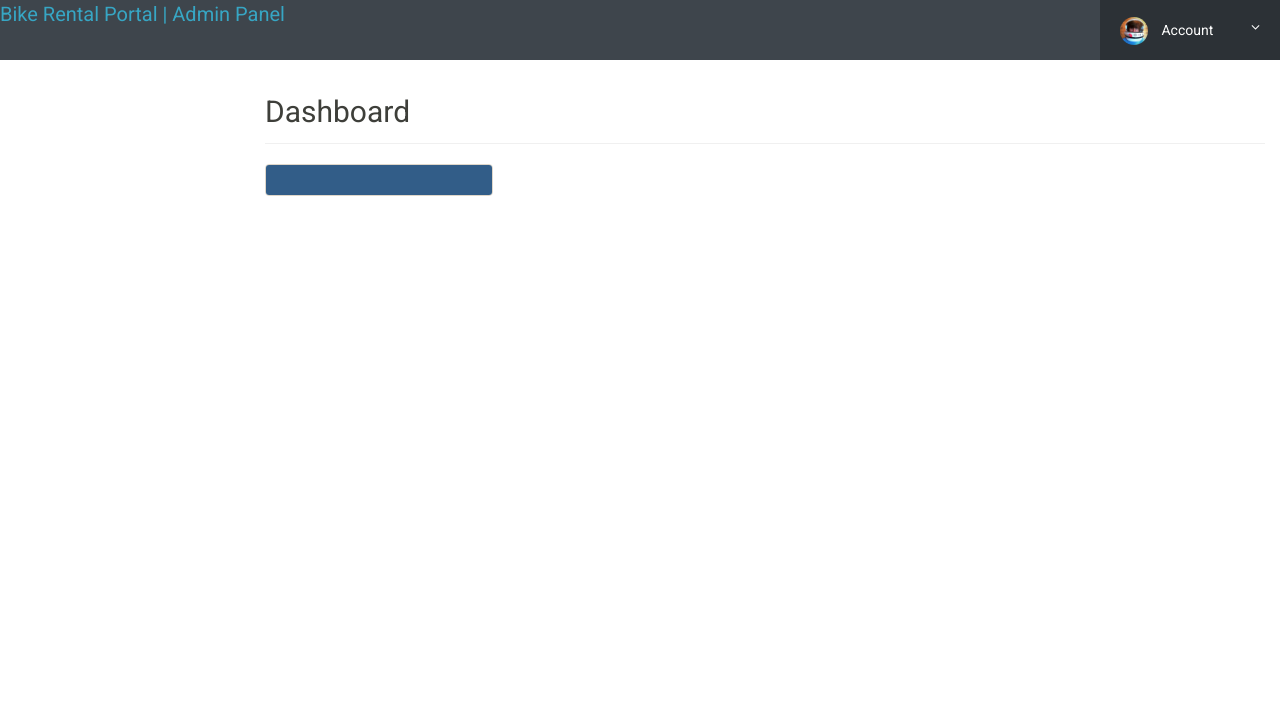
Repository: Het95/Bike-Rental-JSP
Page: http://localhost/AJOep/admin/dashboard.jsp
An editor plug-in stored every save of this project. The page is shown before and after the next save, followed by the edit.
The browser window is 1280 px wide. The pictures show the whole page.
The page is served by Tomcat 9. Other server files are loaded and not shown.

Above is the page before, as saved 2020-06-01 08:35:40.

### AJOep/WebContent/admin/dashboard.jsp
<%@ page language="java" contentType="text/html; charset=ISO-8859-1"
    pageEncoding="ISO-8859-1"%>
       <%@ taglib uri="http://java.sun.com/jsp/jstl/sql" prefix="sql" %>
    <%@ taglib uri="http://java.sun.com/jsp/jstl/core" prefix="c" %>
<!DOCTYPE html>
<html>
<head>
<meta charset="ISO-8859-1">
	<title>Bike Rental Portal | Admin Dashboard</title>

	<!-- Font awesome -->
	<link rel="stylesheet" href="css/font-awesome.min.css">
	<!-- Sandstone Bootstrap CSS -->
	<link rel="stylesheet" href="css/bootstrap.min.css">
	<!-- Bootstrap Datatables -->
	<link rel="stylesheet" href="css/dataTables.bootstrap.min.css">
	<!-- Bootstrap social button library -->
	<link rel="stylesheet" href="css/bootstrap-social.css">
	<!-- Bootstrap select -->
	<link rel="stylesheet" href="css/bootstrap-select.css">
	<!-- Bootstrap file input -->
	<link rel="stylesheet" href="css/fileinput.min.css">
	<!-- Awesome Bootstrap checkbox -->
	<link rel="stylesheet" href="css/awesome-bootstrap-checkbox.css">
	<!-- Admin Stye -->
	<link rel="stylesheet" href="css/style.css"></head>
<body>

	<div class="brand clearfix">
	<a href="dashboard.jsp" style="font-size: 20px;">Bike Rental Portal | Admin Panel</a>
		<span class="menu-btn"><i class="fa fa-bars"></i></span>
		<ul class="ts-profile-nav">

			<li class="ts-account">
				<a href="#"><img src="img/ts-avatar.jpg" class="ts-avatar hidden-side" alt=""> Account <i class="fa fa-angle-down hidden-side"></i></a>
				<ul>
					<li><a href="change-password.jsp">Change Password</a></li>
					<li><a href="logout.jsp">Logout</a></li>
				</ul>
			</li>
		</ul>
	</div>
	<div class="ts-main-content">
			<div class="content-wrapper">
			<div class="container-fluid">

				<div class="row">
					<div class="col-md-12">

						<h2 class="page-title">Dashboard</h2>

						<div class="row">
							<div class="col-md-12">
								<div class="row">
									<div class="col-md-3">
										<div class="panel panel-default">
											<div class="panel-body bk-primary text-light">
												<div class="stat-panel text-center">

												</div>
											</div>
										</div>
									</div>
								</div>
							</div>
						</div>

</div>
</div>
</div>
</div>
</div>

	<!-- Loading Scripts -->
	<script src="js/jquery.min.js"></script>
	<script src="js/bootstrap-select.min.js"></script>
	<script src="js/bootstrap.min.js"></script>
	<script src="js/jquery.dataTables.min.js"></script>
	<script src="js/dataTables.bootstrap.min.js"></script>
	<script src="js/Chart.min.js"></script>
	<script src="js/fileinput.js"></script>
	<script src="js/chartData.js"></script>
	<script src="js/main.js"></script>

</body>
</html>

### AJOep/WebContent/admin/css/awesome-bootstrap-checkbox.css
.checkbox {
  padding-left: 20px;
}
.checkbox label {
  display: inline-block;
  vertical-align: middle;
  position: relative;
  padding-left: 5px;
}
.checkbox label::before {
  content: "";
  display: inline-block;
  position: absolute;
  width: 17px;
  height: 17px;
  left: 0;
  margin-left: -20px;
  border: 1px solid #cccccc;
  border-radius: 3px;
  background-color: #fff;
  -webkit-transition: border 0.15s ease-in-out, color 0.15s ease-in-out;
  -o-transition: border 0.15s ease-in-out, color 0.15s ease-in-out;
  transition: border 0.15s ease-in-out, color 0.15s ease-in-out;
}
.checkbox label::after {
  display: inline-block;
  position: absolute;
  width: 16px;
  height: 16px;
  left: 0;
  top: 0;
  margin-left: -20px;
  padding-left: 3px;
  padding-top: 1px;
  font-size: 11px;
  color: #555555;
}
.checkbox input[type="checkbox"],
.checkbox input[type="radio"] {
  opacity: 0;
  z-index: 1;
}
.checkbox input[type="checkbox"]:focus + label::before,
.checkbox input[type="radio"]:focus + label::before {
  outline: thin dotted;
  outline: 5px auto -webkit-focus-ring-color;
  outline-offset: -2px;
}
.checkbox input[type="checkbox"]:checked + label::after,
.checkbox input[type="radio"]:checked + label::after {
  font-family: "FontAwesome";
  content: "\f00c";
}
.checkbox input[type="checkbox"]:disabled + label,
.checkbox input[type="radio"]:disabled + label {
  opacity: 0.65;
}
.checkbox input[type="checkbox"]:disabled + label::before,
.checkbox input[type="radio"]:disabled + label::before {
  background-color: #eeeeee;
  cursor: not-allowed;
}
.checkbox.checkbox-circle label::before {
  border-radius: 50%;
}
.checkbox.checkbox-inline {
  margin-top: 0;
}

.checkbox-primary input[type="checkbox"]:checked + label::before,
.checkbox-primary input[type="radio"]:checked + label::before {
  background-color: #337ab7;
  border-color: #337ab7;
}
.checkbox-primary input[type="checkbox"]:checked + label::after,
.checkbox-primary input[type="radio"]:checked + label::after {
  color: #fff;
}

.checkbox-danger input[type="checkbox"]:checked + label::before,
.checkbox-danger input[type="radio"]:checked + label::before {
  background-color: #d9534f;
  border-color: #d9534f;
}
.checkbox-danger input[type="checkbox"]:checked + label::after,
.checkbox-danger input[type="radio"]:checked + label::after {
  color: #fff;
}

.checkbox-info input[type="checkbox"]:checked + label::before,
.checkbox-info input[type="radio"]:checked + label::before {
  background-color: #5bc0de;
  border-color: #5bc0de;
}
.checkbox-info input[type="checkbox"]:checked + label::after,
.checkbox-info input[type="radio"]:checked + label::after {
  color: #fff;
}

.checkbox-warning input[type="checkbox"]:checked + label::before,
.checkbox-warning input[type="radio"]:checked + label::before {
  background-color: #f0ad4e;
  border-color: #f0ad4e;
}
.checkbox-warning input[type="checkbox"]:checked + label::after,
.checkbox-warning input[type="radio"]:checked + label::after {
  color: #fff;
}

.checkbox-success input[type="checkbox"]:checked + label::before,
.checkbox-success input[type="radio"]:checked + label::before {
  background-color: #5cb85c;
  border-color: #5cb85c;
}
.checkbox-success input[type="checkbox"]:checked + label::after,
.checkbox-success input[type="radio"]:checked + label::after {
  color: #fff;
}

.radio {
  padding-left: 20px;
}
.radio label {
  display: inline-block;
  vertical-align: middle;
  position: relative;
  padding-left: 5px;
}
.radio label::before {
  content: "";
  display: inline-block;
  position: absolute;
  width: 17px;
  height: 17px;
  left: 0;
  margin-left: -20px;
  border: 1px solid #cccccc;
  border-radius: 50%;
  background-color: #fff;
  -webkit-transition: border 0.15s ease-in-out;
  -o-transition: border 0.15s ease-in-out;
  transition: border 0.15s ease-in-out;
}
.radio label::after {
  display: inline-block;
  position: absolute;
  content: " ";
  width: 11px;
  height: 11px;
  left: 3px;
  top: 3px;
  margin-left: -20px;
  border-radius: 50%;
  background-color: #555555;
  -webkit-transform: scale(0, 0);
  -ms-transform: scale(0, 0);
  -o-transform: scale(0, 0);
  transform: scale(0, 0);
  -webkit-transition: -webkit-transform 0.1s cubic-bezier(0.8, -0.33, 0.2, 1.33);
  -moz-transition: -moz-transform 0.1s cubic-bezier(0.8, -0.33, 0.2, 1.33);
  -o-transition: -o-transform 0.1s cubic-bezier(0.8, -0.33, 0.2, 1.33);
  transition: transform 0.1s cubic-bezier(0.8, -0.33, 0.2, 1.33);
}
.radio input[type="radio"] {
  opacity: 0;
  z-index: 1;
}
.radio input[type="radio"]:focus + label::before {
  outline: thin dotted;
  outline: 5px auto -webkit-focus-ring-color;
  outline-offset: -2px;
}
.radio input[type="radio"]:checked + label::after {
  -webkit-transform: scale(1, 1);
  -ms-transform: scale(1, 1);
  -o-transform: scale(1, 1);
  transform: scale(1, 1);
}
.radio input[type="radio"]:disabled + label {
  opacity: 0.65;
}
.radio input[type="radio"]:disabled + label::before {
  cursor: not-allowed;
}
.radio.radio-inline {
  margin-top: 0;
}

.radio-primary input[type="radio"] + label::after {
  background-color: #337ab7;
}
.radio-primary input[type="radio"]:checked + label::before {
  border-color: #337ab7;
}
.radio-primary input[type="radio"]:checked + label::after {
  background-color: #337ab7;
}

.radio-danger input[type="radio"] + label::after {
  background-color: #d9534f;
}
.radio-danger input[type="radio"]:checked + label::before {
  border-color: #d9534f;
}
.radio-danger input[type="radio"]:checked + label::after {
  background-color: #d9534f;
}

.radio-info input[type="radio"] + label::after {
  background-color: #5bc0de;
}
.radio-info input[type="radio"]:checked + label::before {
  border-color: #5bc0de;
}
.radio-info input[type="radio"]:checked + label::after {
  background-color: #5bc0de;
}

.radio-warning input[type="radio"] + label::after {
  background-color: #f0ad4e;
}
.radio-warning input[type="radio"]:checked + label::before {
  border-color: #f0ad4e;
}
.radio-warning input[type="radio"]:checked + label::after {
  background-color: #f0ad4e;
}

.radio-success input[type="radio"] + label::after {
  background-color: #5cb85c;
}
.radio-success input[type="radio"]:checked + label::before {
  border-color: #5cb85c;
}
.radio-success input[type="radio"]:checked + label::after {
  background-color: #5cb85c;
}

input[type="checkbox"].styled:checked + label:after,
input[type="radio"].styled:checked + label:after {
  font-family: 'FontAwesome';
  content: "\f00c";
}
input[type="checkbox"] .styled:checked + label::before,
input[type="radio"] .styled:checked + label::before {
  color: #fff;
}
input[type="checkbox"] .styled:checked + label::after,
input[type="radio"] .styled:checked + label::after {
  color: #fff;
}

### AJOep/WebContent/admin/css/style.css
@import url(http://fonts.googleapis.com/css?family=Lato:300,400,700,900,100italic,300italic,400italic);
@import url(https://fonts.googleapis.com/css?family=Oswald:700,400,300);
/****************************
*   FOR RESPONSIVENESS      *
****************************/
::selection {
  background: #4f5362;
  /* WebKit/Blink Browsers */
  color: #fff;
}
::-moz-selection {
  background: #4f5362;
  /* Gecko Browsers */
  color: #fff;
}
html {
  font-size: 14px;
}
@media only screen and (min-width: 480px) {
  html {
    font-size: 17px;
  }
}
@media only screen and (min-width: 768px) {
  html {
    font-size: 14px;
  }
}
@media only screen and (min-width: 1024px) {
  p {
    font-size: 1em;
    margin-bottom: 1.8em;
  }
}
/****************************
*      BODY DEFAULTS        *
****************************/
body {
  font-size: 1em;
}
a {
  color: #37a6c4;
}
a:hover {
  text-decoration: none;
  color: #5db9d1;
}
/****************************
*      Buttons        *
****************************/
.btn {
  font-family: 'Oswald', sans-serif;
}
.btn i {
  position: relative;
  top: -2px;
}
.btn.text-left {
  text-align: left;
}
.btn-brand {
  background: #37a6c4;
  color: #fff;
}
.btn-brand:hover {
  color: #fff;
  background: #2c849c;
}
.btn-dark {
  background: #272727;
  color: #fff;
}
.btn-dark:hover {
  color: #fff;
  background: #2c849c;
}
.btn-red {
  background: #4f5362;
  color: #fff;
}
.btn-red:hover {
  color: #fff;
  background: #383b46;
}
.btn-alt {
  background: #f0f0f0;
  color: #222;
}
.btn-alt:hover {
  color: #fff;
  background: #2c849c;
}
/****************************
*      Background Colors        *
****************************/
.bk-primary {
  background: #325d88;
}
.bk-success {
  background: #93c54b;
}
.bk-warning {
  background: #f47c3c;
}
.bk-danger {
  background: #d9534f;
}
.bk-info {
  background: #29abe0;
}
.bk-white,
.bk-light {
  background: #fff;
}
.bk-brand {
  background: #37a6c4;
}
.bk-dark {
  background: #222;
}
.bk-blue {
  background: #0010ce;
}
.bk-alt {
  background: #f7f7f7;
}
.bk-ghost {
  background: transparent;
}
.bk-img {
  position: relative;
  width: 100%;
  background-position: center;
  background-repeat: no-repeat;
  background-size: cover;
  background-image: url(../../img/login-bg.jpg);
}
.bk-fixed {
  background-attachment: fixed;
}
.hr-green {
  height: 2px;
  background: #37a6c4;
}
.hr-grey {
  height: 2px;
  background: #f0f0f0;
}
.hr-dashed {
  background-color: transparent;
  border-top: 1px dotted #edf0f5;
  color: transparent;
  height: 1px;
  margin: 20px 0;
}
.panel {
  overflow: hidden;
}
/****************************
*      Border        *
****************************/
.brdr {
  border: 1px solid #f0f0f0;
}
/****************************
*      Text size color        *
****************************/
.font-one {
  font-family: 'Oswald', sans-serif;
}
.text-bold {
  font-weight: bold;
}
.text-normal {
  font-weight: normal;
}
.text-thin {
  font-weight: 100;
}
.text-lowercase {
  text-transform: none;
}
.text-sm {
  font-size: 13px;
}
.text-lg {
  font-size: 18px;
}
.text-xl {
  font-size: 1.6em;
}
.text-2x {
  font-size: 2em;
}
.text-3x {
  font-size: 2.4em;
}
.text-4x {
  font-size: 3em;
}
.text-white,
.text-light {
  color: #fff !important;
}
.link-white a {
  color: #fff;
}
.text-grey {
  color: #ccc;
}
.text-dgrey {
  color: #818181;
}
.text-brand {
  color: #37a6c4;
}
.text-yellow {
  color: #ffff00;
}
.title .line {
  display: inline-block;
  padding-bottom: 10px;
  border-bottom: 3px solid #222;
}
/****************************
*       Margins         *
****************************/
.mt {
  margin-top: 18px;
}
.mt-0x {
  margin-top: 0 !important;
}
.mt-2x {
  margin-top: 36px;
}
.mt-3x {
  margin-top: 54px;
}
.mt-4x {
  margin-top: 90px;
}
.mt-5x {
  margin-top: 144px;
}
.mb {
  margin-bottom: 18px;
}
.mb-0x {
  margin-bottom: 0 !important;
}
.mb-2x {
  margin-bottom: 36px;
}
.mb-3x {
  margin-bottom: 54px;
}
.mb-4x {
  margin-bottom: 90px;
}
.mb-5x {
  margin-bottom: 144px;
}
.pt {
  padding-top: 18px;
}
.pt-2x {
  padding-top: 36px;
}
.pt-3x {
  padding-top: 54px;
}
.pt-4x {
  padding-top: 90px;
}
.pt-5x {
  padding-top: 144px;
}
.pb {
  padding-bottom: 18px;
}
.pb-2x {
  padding-bottom: 36px;
}
.pb-3x {
  padding-bottom: 54px;
}
.pb-4x {
  padding-bottom: 90px;
}
.pb-5x {
  padding-bottom: 144px;
}
/* Content boxes */
.content-box {
  padding: 15px;
}
.block-anchor {
  display: block;
}
/****************************
*       Content Typography         *
****************************/
.content-format {
  line-height: 1.6em;
  font-weight: 400;
  letter-spacing: .01em;
  font-style: normal;
  word-wrap: break-word;
}
.content-format .h1,
.content-format .h2,
.content-format .h3,
.content-format .h4,
.content-format .h5,
.content-format .h6,
.content-format h1,
.content-format h2,
.content-format h3,
.content-format h4,
.content-format h5,
.content-format h6 {
  font-family: 'Oswald', sans-serif;
  font-weight: 700;
  font-weight: bold;
  font-style: normal;
  color: rgba(0, 0, 0, 0.8);
  margin-top: 40px;
}
.content-format .h1 a,
.content-format .h2 a,
.content-format .h3 a,
.content-format .h4 a,
.content-format .h5 a,
.content-format .h6 a,
.content-format h1 a,
.content-format h2 a,
.content-format h3 a,
.content-format h4 a,
.content-format h5 a,
.content-format h6 a {
  font-size: inherit;
}
.content-format .h2,
.content-format h2 {
  font-size: 3em;
  line-height: 1;
  margin-bottom: 10px;
  padding-bottom: 10px;
  border-bottom: 4px solid #f0f0f0;
}
.content-format .h3,
.content-format h3 {
  font-size: 2em;
  line-height: 1.2;
  margin-bottom: 4px;
  margin: 1em 0 0.5em;
}
.content-format .h4,
.content-format h4 {
  font-size: 1.7em;
  line-height: 1.4;
  margin-bottom: 6px;
}
.content-format .h5,
.content-format h5 {
  font-size: 1.5em;
  line-height: 1.4;
  margin-bottom: 8px;
}
.content-format .h6,
.content-format h6 {
  font-size: 1.3em;
  line-height: 1.4;
  margin-bottom: 10px;
}
.content-format strong {
  font-weight: bold;
}
.content-format ul:not(.social-awesome) {
  list-style: disc outside;
  margin: 1.714285714rem 0 1.714285714rem;
  line-height: 1.714285714;
}
.content-format ul:not(.social-awesome) li {
  margin: 0 0 0 36px;
  margin: 0 1rem 0 2.571428571rem;
}
.content-format ul:not(.social-awesome).list-unstyled {
  list-style: none;
}
.content-format ul:not(.social-awesome).list-unstyled li {
  margin: 0 0 0 24px;
}
.content-format em {
  font-style: italic;
}
.content-format p {
  margin-bottom: 1.8em;
}
.content-format figure {
  margin-bottom: 42px;
}
.content-format figure .caption {
  color: #999;
  font-size: 14px;
}
.content-format img {
  border: 0;
  height: auto;
  max-width: 100%;
  vertical-align: middle;
}
.content-format .fa {
  color: #37a6c4;
  margin-right: 10px;
}
.content-format blockquote {
  border-left: 4px solid #c3c3c3;
  border-left: 4px solid rgba(51, 51, 51, 0.17);
  color: #707070;
  color: rgba(51, 51, 51, 0.7);
  font-size: 1.2em;
  font-style: italic;
  line-height: 1.6667;
  margin-bottom: 1em;
  padding-left: 0.7778em;
}
.content-format blockquote.double-quote {
  border-left: none;
  padding-left: 1em;
}
.content-format pre {
  background: #fff;
  border: 1px solid #ededed;
  color: #666;
  font-family: Consolas, Monaco, Lucida Console, monospace;
  font-size: .9em;
  line-height: 1.714285714;
  margin: 24px 0;
  margin: 1.714285714rem 0;
  overflow: auto;
}
.content-format ol {
  margin: 24px 0 24px;
  margin: 1.714285714rem 0 1.714285714rem;
  line-height: 1.714285714;
  list-style: decimal outside;
}
.content-format img.wp-smiley,
.content-format img.emoji {
  display: inline !important;
  border: none !important;
  box-shadow: none !important;
  height: 1em !important;
  width: 1em !important;
  margin: 0 .07em !important;
  vertical-align: -0.1em !important;
  background: none !important;
  padding: 0 !important;
}
/*
 * Theme Struck - Harmony - Free responsive Bootstrap admin template by Themestruck.com (http://themestruck.com)
 * Code licensed under the MIT
 * For details, see #
 */
ul,
li {
  margin: 0;
  padding: 0;
  list-style: none;
}
/* Social Button Modifications */
.btn {
  text-transform: none;
}
.btn-social > :first-child {
  width: 42px;
  line-height: 46px;
}
.btn-social {
  padding-left: 58px;
}
/* Circle buttons */
.btn-circle {
  width: 30px;
  height: 30px;
  padding: 6px 0;
  border-radius: 15px;
  text-align: center;
  font-size: 12px;
  line-height: 1.428571429;
}
.btn-circle.btn-lg {
  width: 50px;
  height: 50px;
  padding: 10px 16px;
  border-radius: 25px;
  font-size: 18px;
  line-height: 1.33;
}
.btn-circle.btn-xl {
  width: 70px;
  height: 70px;
  padding: 10px 16px;
  border-radius: 35px;
  font-size: 24px;
  line-height: 1.33;
}
/* Chart design */
/* Charts */
.chart-dot-list {
  display: block;
  margin-top: 60px;
  margin-left: 20px;
}
.chart-dot-list li {
  margin-bottom: 4px;
}
.chart-dot-list li:before {
  content: '';
  height: 12px;
  width: 12px;
  margin-right: 6px;
  display: inline-block;
  background: #222;
  border-radius: 50%;
}
.chart-dot-list li.a1:before {
  background: #F7464A;
}
.chart-dot-list li.a2:before {
  background: #46BFBD;
}
.chart-dot-list li.a3:before {
  background: #FDB45C;
}
.chart-doughnut {
  padding: 41px 0;
}
/* component */
.page-title {
  padding-bottom: 15px;
  margin-bottom: 20px;
  border-bottom: 1px solid #f0f0f0;
}
.brand {
  background: #3e454c;
  position: relative;
  z-index: 3;
  position: fixed;
  width: 100%;
  top: 0;
}
.brand .logo {
  box-sizing: border-box;
  padding: 20px;
  float: left;
  display: block;
  width: 200px;
}
@media only screen and (min-width: 992px) {
  .brand .logo {
    width: 250px;
  }
}
.brand .logo img {
  height: 20px;
}
.brand .menu-btn {
  float: right;
  background: #232d3b;
  text-align: center;
  cursor: pointer;
  color: #fff;
  padding: 20px 20px;
}
@media only screen and (min-width: 992px) {
  .brand .menu-btn {
    display: none;
  }
}
.brand .ts-profile-nav {
  float: right;
  display: none;
}
.brand .ts-profile-nav li {
  float: left;
  position: relative;
}
.brand .ts-profile-nav li a {
  display: block;
  padding: 20px;
  color: #fff;
}
.brand .ts-profile-nav li ul {
  visibility: hidden;
  opacity: 0;
  right: 0;
  position: absolute;
}
.brand .ts-profile-nav li ul li {
  float: none;
  width: 180px;
}
.brand .ts-profile-nav li ul li a {
  padding: 10px 20px;
  background: #222;
}
.brand .ts-profile-nav .ts-account .fa-angle-down {
  float: right;
}
.brand .ts-profile-nav .ts-account > a {
  width: 180px;
  background: #2c3136;
}
.brand .ts-profile-nav .ts-account .ts-avatar {
  border-radius: 50%;
  height: 28px;
  margin: -10px 0;
  margin-right: 10px;
}
.brand .ts-profile-nav .ts-account:hover ul {
  visibility: visible;
  opacity: 1;
}
@media only screen and (min-width: 992px) {
  .brand .ts-profile-nav {
    display: block;
  }
}
.ts-sidebar::-webkit-scrollbar-track {
  background-color: transparent;
}
.ts-sidebar::-webkit-scrollbar {
  width: 5px;
  background-color: transparent;
}
.ts-sidebar::-webkit-scrollbar-thumb {
  background-color: #b4b4b4;
}
.ts-sidebar {
  background: #2c3136;
  max-height: 0;
  transition: max-height 0.3s;
  overflow: hidden;
  position: fixed;
  z-index: 2;
  width: 100%;
  bottom: 0;
  top: 60px;
  overflow-y: auto;
}
.ts-sidebar .hidden-side {
  display: none;
}
.ts-sidebar .ts-sidebar-search {
  width: 100%;
  background: #25292a;
  border: none;
  padding: 10px 15px;
  color: #fff;
}
@media only screen and (min-width: 992px) {
  .ts-sidebar .ts-profile-nav {
    display: none;
  }
}
@media only screen and (min-width: 992px) {
  .ts-sidebar {
    max-height: 100%;
    bottom: 0;
  }
}
.ts-sidebar-menu .ts-label {
  color: #585c64;
  font-weight: bold;
  padding: 8px 15px;
  text-transform: uppercase;
  font-size: 10px;
  letter-spacing: 3px;
  margin-top: 10px;
}
.ts-sidebar-menu a {
  display: block;
  text-decoration: none;
  padding: 12px 15px;
  color: #fff;
}
.ts-sidebar-menu li {
  position: relative;
}
.ts-sidebar-menu li i {
  color: #585c64;
  margin-right: 10px;
}
.ts-sidebar-menu li ul {
  display: block;
  background: rgba(255, 0, 0, 0.12);
  background: rgba(0, 0, 0, 0.32);
  max-height: 0;
  overflow: hidden;
  transition: all 0.3s ease;
}
.menu-open,
.ts-sidebar-menu .open > ul {
  max-height: 2000px;
}
.ts-sidebar-menu .open > a {
  background: rgba(51, 56, 62, 0.35);
}
.ts-sidebar-menu > .open > a {
  background: #33383e;
  border-left: 3px solid #37a6c4;
}
.ts-sidebar-menu .open > .more i {
  transform: rotate(180deg);
}
.more i {
  color: #fff;
  padding: 15px;
  transition: transform 0.3s;
}
.more {
  float: right;
  min-width: 10%;
  cursor: pointer;
}
.ts-main-content .content-wrapper {
  padding-top: 15px;
  margin-top: 60px;
}
@media only screen and (min-width: 992px) {
  .ts-main-content .ts-sidebar {
    width: 250px;
    float: left;
  }
  .ts-main-content .content-wrapper {
    margin-left: 250px;
  }
}
/* Login page */
.login-page {
  position: absolute;
  height: 100%;
  width: 100%;
}

### AJOep/WebContent/admin/js/main.js
 $(document).ready(function () {

 	$(".ts-sidebar-menu li a").each(function () {
 		if ($(this).next().length > 0) {
 			$(this).addClass("parent");
 		};
 	})
 	var menux = $('.ts-sidebar-menu li a.parent');
 	$('<div class="more"><i class="fa fa-angle-down"></i></div>').insertBefore(menux);
 	$('.more').click(function () {
 		$(this).parent('li').toggleClass('open');
 	});
	$('.parent').click(function (e) {
		e.preventDefault();
 		$(this).parent('li').toggleClass('open');
 	});
 	$('.menu-btn').click(function () {
 		$('nav.ts-sidebar').toggleClass('menu-open');
 	});


	 $('#zctb').DataTable();


	 $("#input-43").fileinput({
		showPreview: false,
		allowedFileExtensions: ["zip", "rar", "gz", "tgz"],
		elErrorContainer: "#errorBlock43"
			// you can configure `msgErrorClass` and `msgInvalidFileExtension` as well
	});

 });

Loaded but not shown: AJOep/WebContent/admin/css/font-awesome.min.css (library); AJOep/WebContent/admin/css/bootstrap.min.css (library); AJOep/WebContent/admin/css/dataTables.bootstrap.min.css (library); AJOep/WebContent/admin/css/bootstrap-social.css (library); AJOep/WebContent/admin/css/bootstrap-select.css (library); AJOep/WebContent/admin/css/fileinput.min.css (library); AJOep/WebContent/admin/js/jquery.min.js (library); AJOep/WebContent/admin/js/bootstrap-select.min.js (library); AJOep/WebContent/admin/js/bootstrap.min.js (library); AJOep/WebContent/admin/js/jquery.dataTables.min.js (library); AJOep/WebContent/admin/js/dataTables.bootstrap.min.js (common file); AJOep/WebContent/admin/js/Chart.min.js (library); AJOep/WebContent/admin/js/chartData.js (common file); AJOep/WebContent/admin/js/fileinput.js (2304 lines, source omitted)

After the next save:
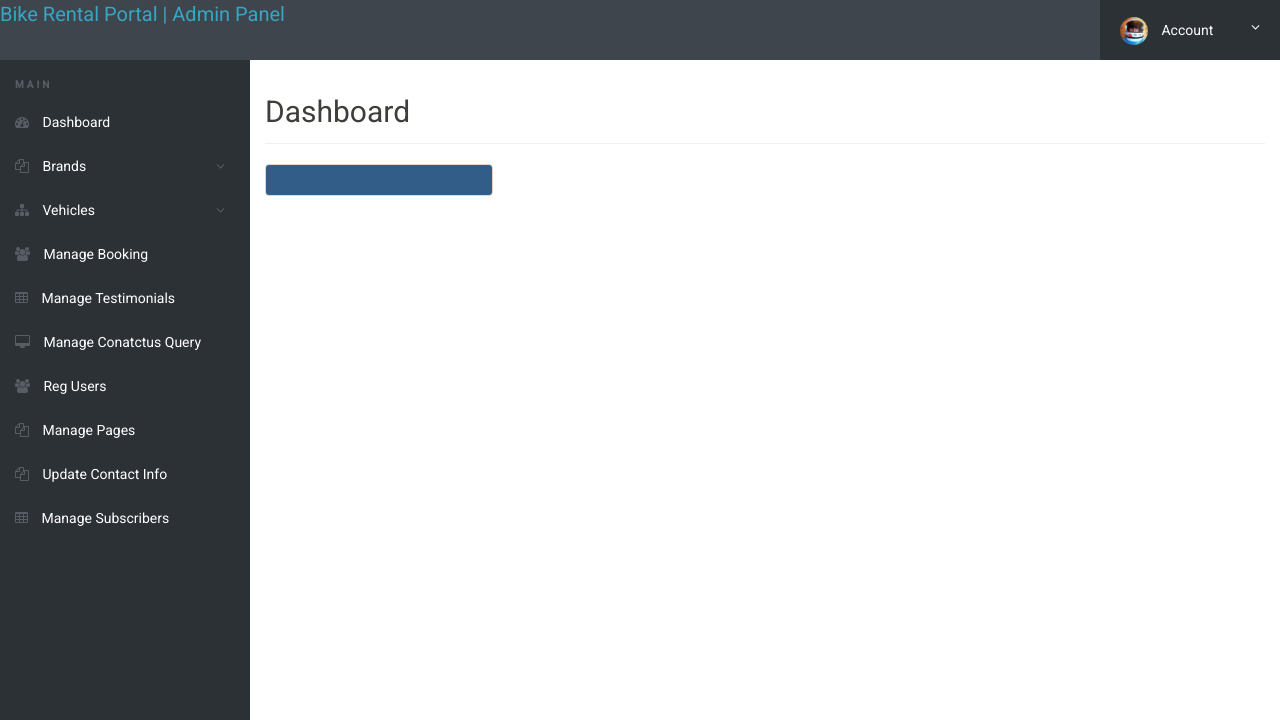
Saved 41 s later.
--- a/AJOep/WebContent/admin/dashboard.jsp
+++ b/AJOep/WebContent/admin/dashboard.jsp
@@ -41,6 +41,37 @@
 		</ul>
 	</div>
 	<div class="ts-main-content">
+		<nav class="ts-sidebar">
+			<ul class="ts-sidebar-menu">
+
+				<li class="ts-label">Main</li>
+				<li><a href="dashboard.php"><i class="fa fa-dashboard"></i> Dashboard</a></li>
+
+<li><a href="#"><i class="fa fa-files-o"></i> Brands</a>
+<ul>
+<li><a href="create-brand.php">Create Brand</a></li>
+<li><a href="manage-brands.php">Manage Brands</a></li>
+</ul>
+</li>
+
+<li><a href="#"><i class="fa fa-sitemap"></i> Vehicles</a>
+					<ul>
+						<li><a href="post-avehical.php">Post a Vehicle</a></li>
+						<li><a href="manage-vehicles.php">Manage Vehicles</a></li>
+					</ul>
+				</li>
+				<li><a href="manage-bookings.php"><i class="fa fa-users"></i> Manage Booking</a></li>
+
+				<li><a href="testimonials.php"><i class="fa fa-table"></i> Manage Testimonials</a></li>
+				<li><a href="manage-conactusquery.php"><i class="fa fa-desktop""></i> Manage Conatctus Query</a></li>
+				<li><a href="reg-users.php"><i class="fa fa-users"></i> Reg Users</a></li>
+			<li><a href="manage-pages.php"><i class="fa fa-files-o"></i> Manage Pages</a></li>
+			<li><a href="update-contactinfo.php"><i class="fa fa-files-o"></i> Update Contact Info</a></li>
+
+			<li><a href="manage-subscribers.php"><i class="fa fa-table"></i> Manage Subscribers</a></li>
+
+			</ul>
+		</nav>
 			<div class="content-wrapper">
 			<div class="container-fluid">
 
